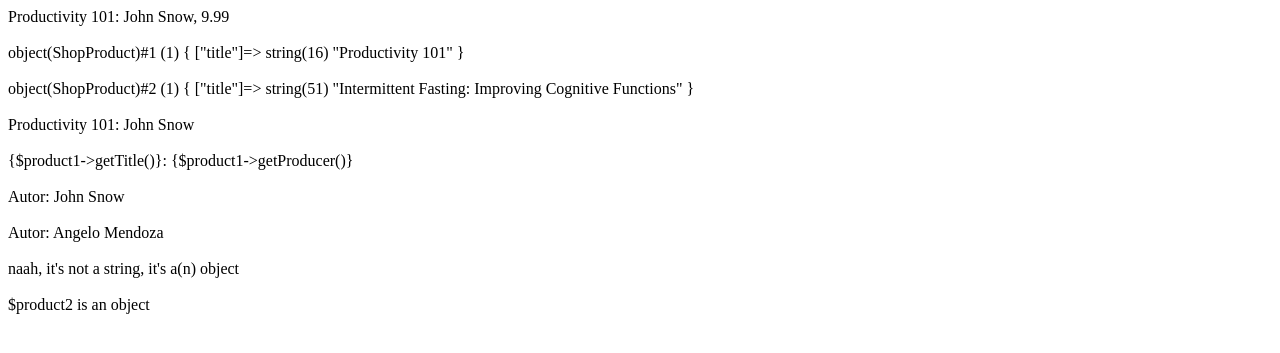
Repository: wojciechDrozd/php
Page: http://localhost/Tryouts.php
The author's editor kept a copy of each file at every save. The page is drawn from the files as they stood at one save, then again after the next save.
The browser window is 1280 px wide. The pictures show the whole page.
The page is run by PHP 8.4 with error messages shown; the project is at /var/www/html/.

Above is the page before, as saved 2017-03-04 06:55:12.

After the next save:
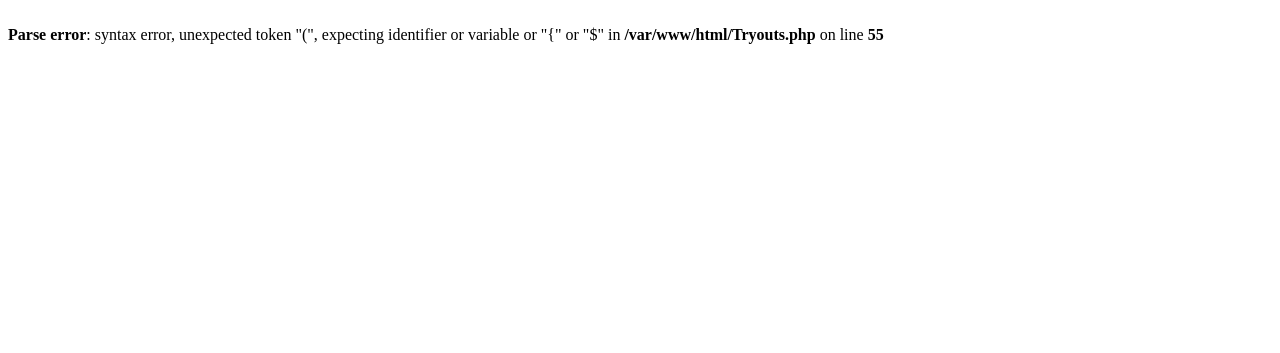
Saved 3 min 6 s later.
--- a/Pro/Tryouts.php
+++ b/Pro/Tryouts.php
@@ -1,4 +1,6 @@
 <?php
+
+class Wrong {}
 
 class ShopProduct {
 
@@ -29,7 +31,8 @@ class ShopProduct {
 				"{$this->producerMainName}";
 	}
 
-	public function write($shopProduct){
+	//wymuszenie parametru poprzez użycie class type hints (mechanizm wymuszania typu)
+	public function write(ShopProduct $shopProduct){
 		$string = "{$shopProduct->getTitle()}: ".
 		"{$shopProduct->getProducer()}, ".
 		"{$shopProduct->getPrice()}";
@@ -49,6 +52,7 @@ $product1 = new ShopProduct("Productivity 101","John", "Snow", 9.99);
 $product2 = new ShopProduct("Intermittent Fasting: Improving Cognitive Functions","Angelo","Mendoza", "14.99");
 
 $product1->write($product1);
+$product1->(new Wrong());
 
 
 
